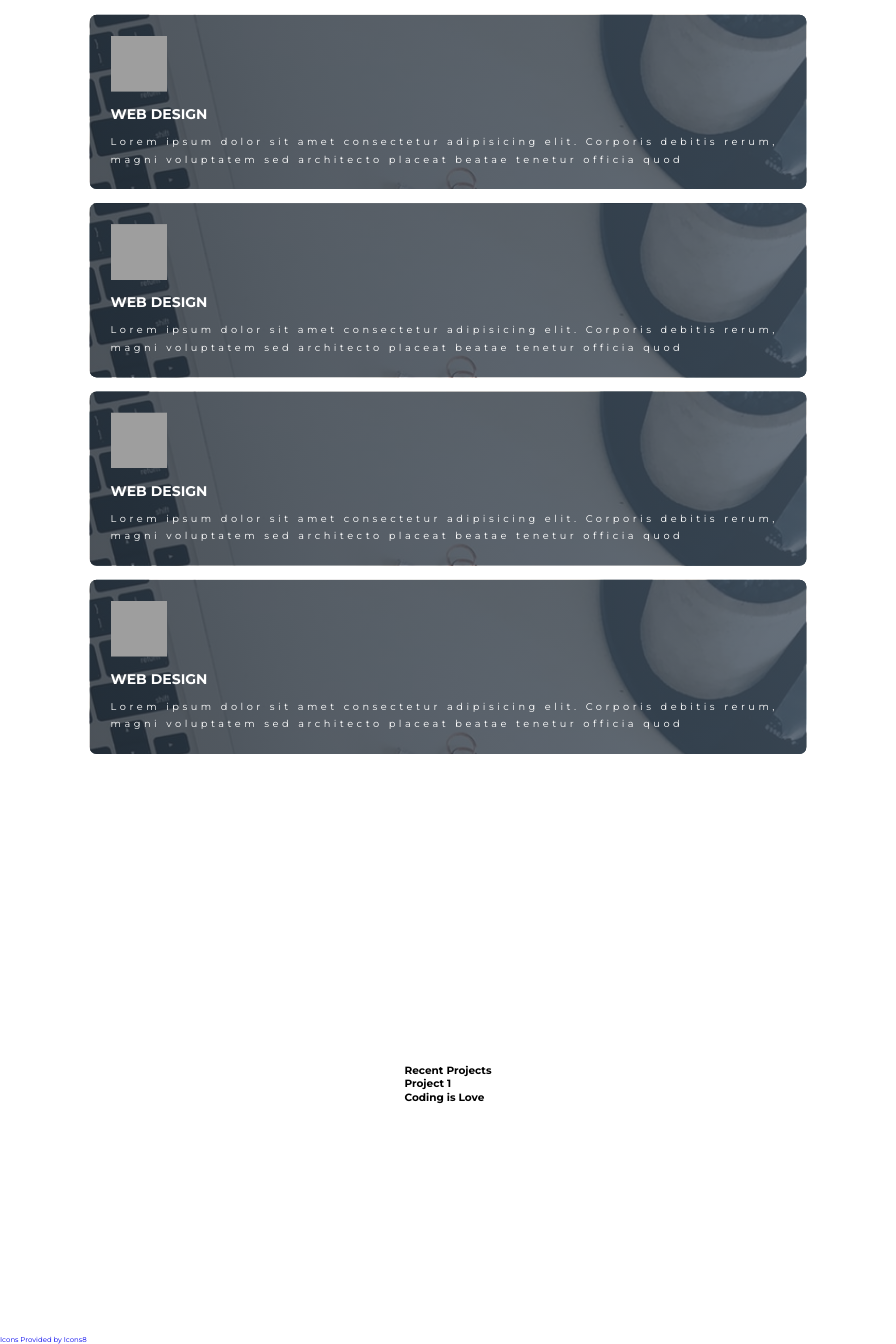
Repository: randysteele/my-portfolio-2023
Page: index.html
These files come from the project's save history. The page is drawn as it stood at one moment and after the next save; the edit follows.
The browser window is 1280 px wide. The pictures show the part of the page from y = 993 to 2913 px (the page is 2913 px tall), at 70% of full size.
Pictures or frames that could not be fetched are drawn as grey boxes.

Above is the page before, as saved 2023-04-23 15:14:01.

### index.html
<!DOCTYPE html>
<html lang="en">
<head>
    <meta charset="UTF-8">
    <meta http-equiv="X-UA-Compatible" content="IE=edge">
    <meta name="viewport" content="width=device-width, initial-scale=1.0">
    <link rel="stylesheet" href="style.css">
    <title>Randy Steele Portfolio</title>
</head>
<body>
    <!-- Hero Section -->
    <section id="hero">
        <div class="hero container">
            <div>
            <h1>Hello, <span></span></h1>
            <h1>My Name Is <span></span></h1>
            <h1>Randy <span></span></h1>
            <a href="#" type="button" class="cta">Portfolio</a>
        </div>
    </div>
    </section>
    <!-- End Hero Section -->

    <!-- Services Section -->
    <section id="services">
        <div class="services container">
          <div class="service-top">
            <h1 class="section-title">Serv<span>i</span>ces</h1>
            <p>Lorem ipsum dolor sit amet consectetur, adipisicing elit. Ipsum deleniti maiores pariatur assumenda quas
              magni et, doloribus quod voluptate quasi molestiae magnam officiis dolorum, dolor provident atque molestias
              voluptatum explicabo!</p>
          </div>
          <div class="service-bottom">
            <div class="service-item">
              <div class="icon"><img src="https://img.icons8.com/bubbles/100/000000/services.png" /></div>
              <h2>Web Design</h2>
              <p>Lorem ipsum dolor sit amet consectetur adipisicing elit. Corporis debitis rerum, magni voluptatem sed
                architecto placeat beatae tenetur officia quod</p>
            </div>
            <div class="service-item">
              <div class="icon"><img src="https://img.icons8.com/bubbles/100/000000/services.png" /></div>
              <h2>Web Design</h2>
              <p>Lorem ipsum dolor sit amet consectetur adipisicing elit. Corporis debitis rerum, magni voluptatem sed
                architecto placeat beatae tenetur officia quod</p>
            </div>
            <div class="service-item">
              <div class="icon"><img src="https://img.icons8.com/bubbles/100/000000/services.png" /></div>
              <h2>Web Design</h2>
              <p>Lorem ipsum dolor sit amet consectetur adipisicing elit. Corporis debitis rerum, magni voluptatem sed
                architecto placeat beatae tenetur officia quod</p>
            </div>
            <div class="service-item">
              <div class="icon"><img src="https://img.icons8.com/bubbles/100/000000/services.png" /></div>
              <h2>Web Design</h2>
              <p>Lorem ipsum dolor sit amet consectetur adipisicing elit. Corporis debitis rerum, magni voluptatem sed
                architecto placeat beatae tenetur officia quod</p>
            </div>
          </div>
        </div>
      </section>
<!-- End Services Section -->

<!-- Projects Section -->
<section id="projects">
    <div class="projects container">
        <div class="projects-header">
        <h1 class="section title">Recent <span>Projects</span></h1>
            <div class="all-projects">
                <div class="project-item">
                    <div class="project-info">
                        <h1>Project 1</h1>
                        <h2>Coding is Love</h2>
                        <div class="project-image">

                        </div>
                    </div>
                </div>
        </div>
    </div>
    </div>
</div>
</section>



<!-- End Projects Section -->

</body>
</html>


<a target="_blank" href="https://icons8.com/icon/53429/home-page">Icons Provided by</a>  <a target="_blank" href="https://icons8.com">Icons8</a>

### style.css
@import url('https://fonts.googleapis.com/css2?family=Montserrat:wght@300;400;700&display=swap');
* {
    padding: 0;
    margin: 0;
    box-sizing: border-box;
}
html {
    font-size: 10px;
    font-family: "Montserrat", "sans-serif";
}
a {
    text-decoration: none;
}
.container {
    min-height: 100vh;
    width: 100%;
    display: flex;
    align-items: center;
    justify-content: center;
}

img{
    height: 100%;
    width: 100%;
    object-fit: cover;
}

p {
    color: black;
    font-size: 1.4rem;
    margin-top: 5px;
    line-height: 2.5rem;
    font-weight: 300px;
    letter-spacing: 0.5rem;
}


/* Hero Section */
#hero {
    background-image: url(./img/me1.jpeg);
    background-size: cover;
    background-position: top center;
    position: relative;
    z-index: 1;
}
#hero::after{
    content: '';
    position: absolute;
    left: 0;
    top: 0;
    height: 100%;
    width: 100%;
    background-color: black;
    opacity: 0.7;
    z-index: -1;
}
#hero .hero{
    max-width: 1200px;
    margin: 0 auto;
    padding: 0 50px;
    justify-content: flex-start;
}
#hero h1{
    display: block;
    width: fit-content;
    font-size: 4rem;
    position: relative;
    color: transparent;
    animation: text_reveal 1s ease forwards;
    animation-delay: 1s
}
#hero h1:nth-child(1){
    animation-delay: 1s;
}
#hero h1:nth-child(2){
    animation-delay: 2s;
}
#hero h1:nth-child(3){
    animation: text_reveal_name .5s ease forwards;
    animation-delay: 3s;
}

#hero .cta {
  display: inline-block;
  padding: 10px 30px;
  color: white;
  background-color: transparent;
  border: 2px solid crimson;
  font-size: 2rem;
  text-transform: uppercase;
  letter-spacing: 0.1rem;
  margin-top: 30px;
  transition: 0.3s ease;
  transition-property: background-color, color;
}
#hero .cta:hover {
    color: white;
    background-color: crimson;
}
#hero h1 span {
    position: absolute;
    top: 0;
    left: 0;
    height: 100%;
    width: 0;
    background-color: crimson;
    animation: text_reveal_box 1s ease;
    animation-delay: .3s;
}

#hero h1:nth-child(1) span {
    animation-delay: 1s;
}
#hero h1:nth-child(2) span {
    animation-delay: 2s;
}

#hero h1:nth-child(3) span {
    animation-delay: 3s;
}

/* End Hero Section */

/* Keyframes */

@keyframes text_reveal_box {
    50%{
        width: 100%;
        left: 0;
    }
    100%{
        width: 0;
        left: 100%;
    }
}
/* End Keyframes  */

/* Services Section */

#services .services{
 flex-direction: column;
 text-align: center;
 max-width: 1500px;
 margin: 0 auto;
 padding: 100px 0;
}

#services .section-title {
    font-size: 4rem;
    font-weight: 300;
    color: black;
    margin-bottom: 10px;
    text-transform: uppercase;
    letter-spacing: .2rem;
    text-align: center;
}

#services .section-title span {
    color: crimson;
}

#services .service-top p {
    color: black;
    font-size: 1.4rem;
    margin-top: 5px;
    line-height: 2.5rem;
    font-weight: 300px;
    letter-spacing: 0.5rem;
}

#services .service-bottom {
    display: flex;
    align-items: center;
    justify-content: center;
    flex-wrap: wrap;
    margin-top: 50px;
}

#services .service-item {
    flex-basis: 80%;
    display: flex;
    align-items: flex-start;
    justify-content: center;
    flex-direction: column;
    padding: 30px;
    border-radius: 10px;
    background-image: url(./img/img-1.png);
    background-size: cover;
    margin: 10px 5%;
    position: relative;
    z-index: 1;
    overflow: hidden;
}

#services .service-item::after {
    content: "";
    position: absolute;
    left: 0;
    top: 0;
    height: 100%;
    width: 100%;
    background-image: linear-gradient(60deg, #29323c 0%, #485563 100%);
    opacity: .8;
    z-index: -1;
}

#services .service-bottom .icon {
  height: 80px;
  width: 80px;
  margin-bottom: 20px;
}

#services .service-item h2 {
    font-size: 2rem;
    color: white;
    margin-bottom: 10px;
    text-transform: uppercase;
}

#services .service-item p{
    color: white;
    text-align: left;
}



/* End Services Section */



@keyframes text_reveal{
    100%{
        color: white;

    }
}
@keyframes text_reveal_name{
    100%{
        color: crimson;
        font-weight: 500px;
    }
}
/* Services Section */



/* End Services Section */

After the next save:
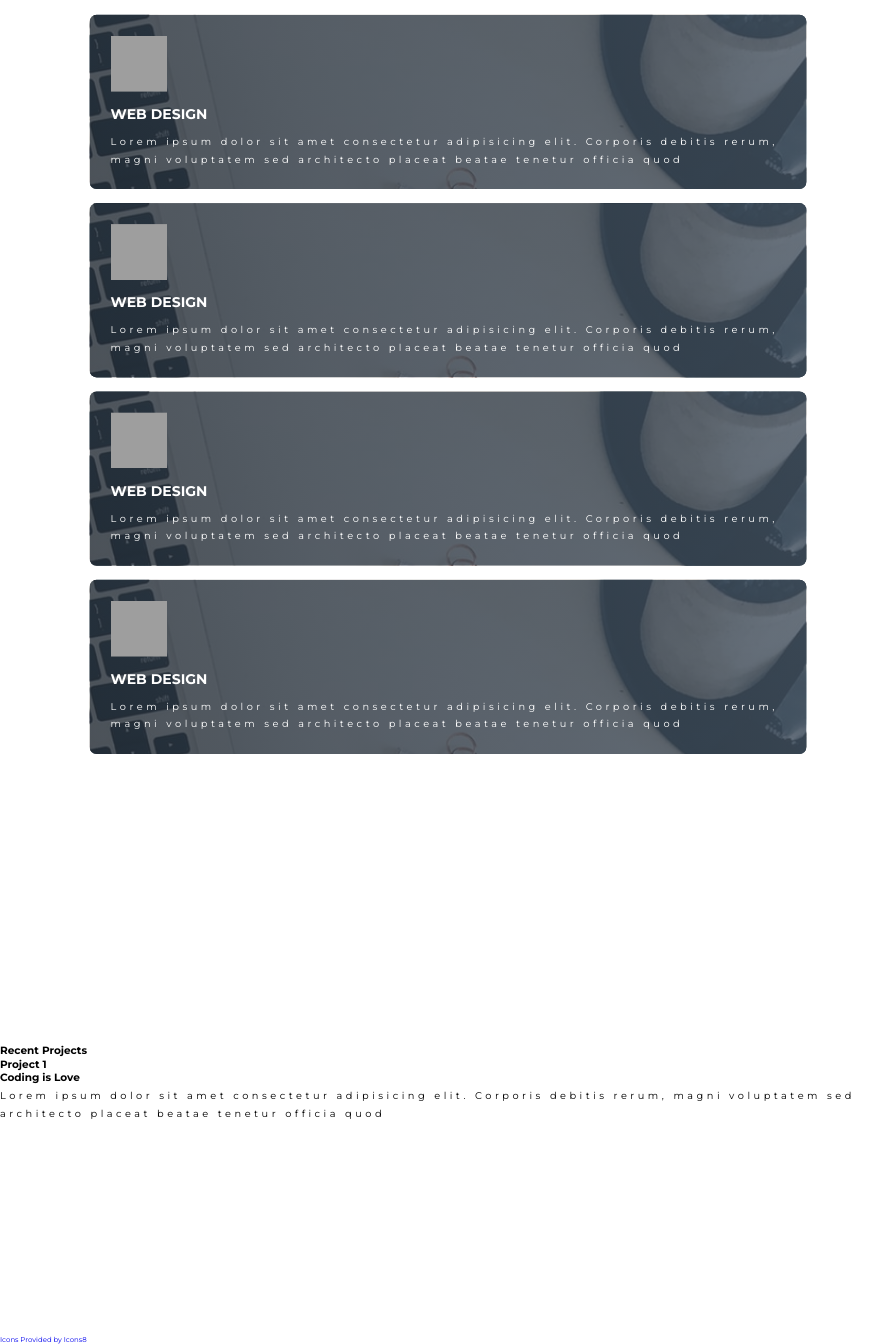
Saved 60 s later.
--- a/index.html
+++ b/index.html
@@ -70,6 +70,9 @@
                     <div class="project-info">
                         <h1>Project 1</h1>
                         <h2>Coding is Love</h2>
+                        <p>Lorem ipsum dolor sit amet consectetur adipisicing
+                            elit. Corporis debitis rerum, magni voluptatem
+                            sed architecto placeat beatae tenetur officia quod</p>
                         <div class="project-image">
 
                         </div>
